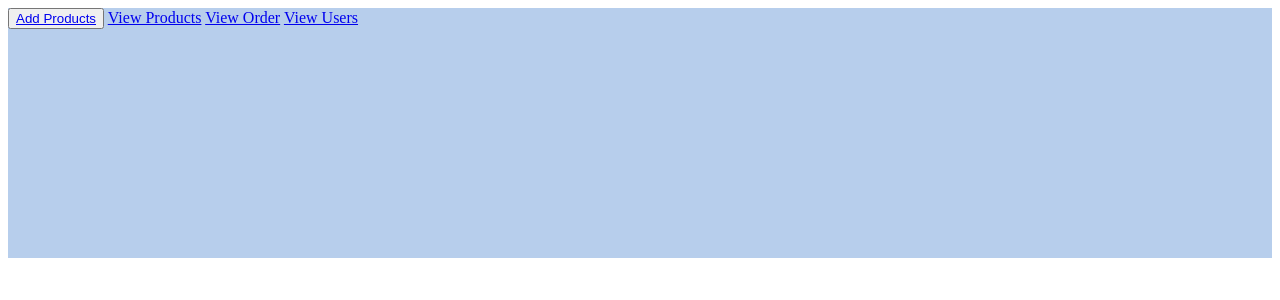
Repository: abhishekgandhi2398/BookStore
Page: http://localhost/BookStore/2.jsp
These files come from the project's save history. The page is drawn as it stood at one moment and after a run of saves; the edit follows.
The browser window is 1280 px wide. The pictures show the whole page.
The page is served by Tomcat 9. Other server files are loaded and not shown.

Above is the page before, as saved 2019-12-06 15:46:48.

### ProjectJava/BookStore/WebContent/2.jsp
<%@ page language="java" contentType="text/html; charset=ISO-8859-1"
    pageEncoding="ISO-8859-1"%>
<!DOCTYPE html>
<html>
<head>
<meta charset="ISO-8859-1">
<title>Insert title here</title>
</head>
<body>


<div style="background-color: #B7CEEC; height: 250px; width: 100%;" class="d-flex justify-content-center  align-items-center">







<button class="btn btn-dark"><a href="add_product.jsp">Add Products</a></button>









<a href="admin_view_product.jsp">View Products</a>

<a href="vieworderadmin.jsp">View Order</a>

<a href="admin_view_users.jsp">View Users</a>

</div>

</body>
</html>

After the next 2 saves:
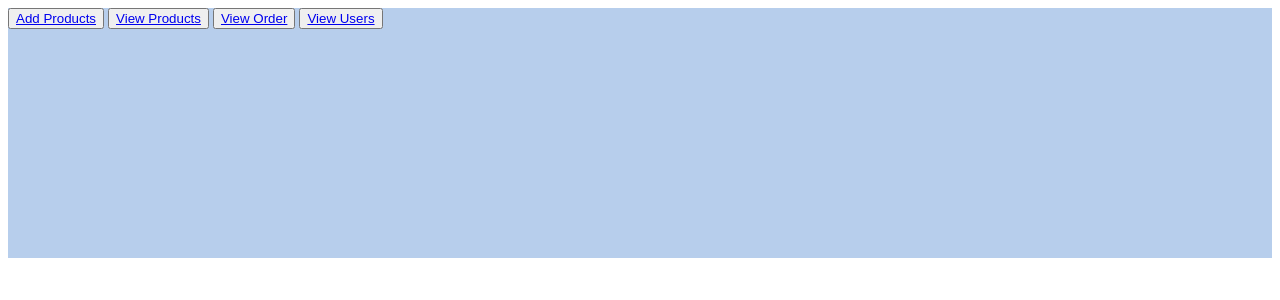
The 2 saves are shown as one change because they came seconds apart.
The last was saved 59 s later.
--- a/ProjectJava/BookStore/WebContent/2.jsp
+++ b/ProjectJava/BookStore/WebContent/2.jsp
@@ -20,18 +20,14 @@
 <button class="btn btn-dark"><a href="add_product.jsp">Add Products</a></button>
 
 
+<button class="btn btn-dark"><a href="admin_view_product.jsp">View Products</a></button>
 
 
+<button class="btn btn-dark"><a href="vieworderadmin.jsp">View Order</a></button>
 
 
+<button class="btn btn-dark"><a href="admin_view_users.jsp">View Users</a></button>
 
-
-
-<a href="admin_view_product.jsp">View Products</a>
-
-<a href="vieworderadmin.jsp">View Order</a>
-
-<a href="admin_view_users.jsp">View Users</a>
 
 </div>
 
